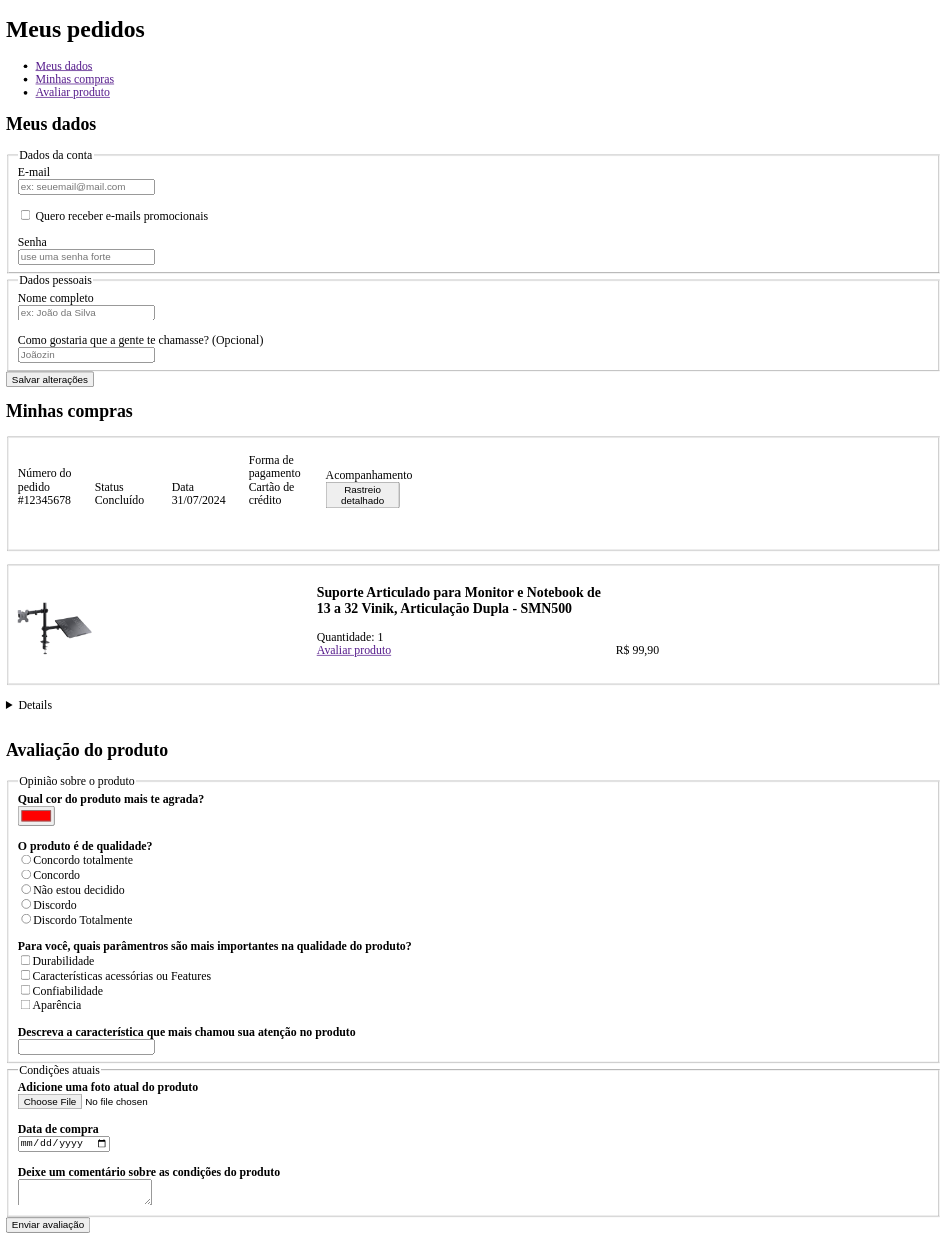
Repository: claudemir-camargo/site-compras
Page: index.html
The author's editor kept a copy of each file at every save. The page is drawn from the files as they stood at one save, then again after the next save.
The browser window is 1280 px wide. The pictures show the whole page, at 74% of full size.

Above is the page before, as saved 2024-03-04 00:08:47.

### index.html
<!DOCTYPE html>
<html lang="en">

<head>
    <meta charset="UTF-8">
    <meta name="viewport" content="width=device-width, initial-scale=1.0">
    <link rel="stylesheet" type="text/css" href="css/style.css" />
    <title>Site de Compras</title>
</head>

<body>
    <h1>Meus pedidos</h1>
    <ul>
        <li><a href="">Meus dados</a></li>
        <li><a href="">Minhas compras</a></li>
        <li><a href="">Avaliar produto</a></li>
    </ul>
    <h2>Meus dados</h2>
    <!-- Conta -->
    <fieldset>
        <legend>Dados da conta</legend>
        <form>
            <label>E-mail</label><br>
            <input type="email" id="email" name="email" placeholder="ex: seuemail@mail.com"><br><br>
            <input type="checkbox">
            <label>Quero receber e-mails promocionais</label><br><br>
            <label>Senha</label><br>
            <input type="password" placeholder="use uma senha forte">
        </form>
    </fieldset>
    <!-- Pessoais -->
    <fieldset>
        <legend>Dados pessoais</legend>
        <form>
            <label>Nome completo</label><br>
            <input type="text" placeholder="ex: João da Silva"><br><br>
            <label>Como gostaria que a gente te chamasse? (Opcional) </label><br>
            <input type="text" placeholder="Joãozin">
        </form>
    </fieldset>
    <button type="button">Salvar alterações</button>
    <!-- Minhas compras -->
    <h2>Minhas compras</h2>
    <fieldset>
        <div id="div1"><p>Número do pedido<br>#12345678</p></div>
        <div id="div2"><p>Status<br>Concluído</p></div>
        <div id="div3"><p>Data<br>31/07/2024</p></div>
        <div id="div4"><p>Forma de pagamento<br>Cartão de crédito</p></div>
        <div id="div5"><p>Acompanhamento<br><button>Rastreio detalhado</button></p></div>
    </fieldset>
    <!-- Produto -->
    <br>
    <fieldset>
        <div class="imagem"><img src="img/suporte.jpg" alt="Suporte"></div>
        <div class="produto">
            <h3>
                <p>Suporte Articulado para Monitor e Notebook de 13 a 32 Vinik,
                    Articulação Dupla - SMN500</p>
            </h3>
            Quantidade: 1<br>
            <a href="">Avaliar produto</a><br>
        </div>
        R$ 99,90
    </fieldset>
    <br>
    <details tag="Detalhes de Envio e Pagamento">
        <p></p>
        <strong>Endereço de entrega</strong><br>
        Avenida Estelita Falcão<br>
        Número 12, Centro<br>
        CEP 48170-970 - Itapetininga/São Paulo
        <br><br>
        <strong>Forma de Pagamento</strong><br>
        Cartão de crédito<br>
        Master Card **** **** **** 1234<br>
        Titular: Claudemir Camargo
        <br><br>
        <strong>Frete</strong>
        R$ 15,50<br>
        Enviado por GFL<br>
        Entregue
    </details>
    <br>
    <form>
        <h2>Avaliação do produto</h2>
        <fieldset>
            <legend>Opinião sobre o produto</legend>
            <label><strong>Qual cor do produto mais te agrada?</strong></label><br>
            <input type="color" value="#ff0000"><br><br>
            <label><strong>O produto é de qualidade?</strong></label><br>
            <input type="radio" name="qualidade"><label>Concordo totalmente</label><br>
            <input type="radio" name="qualidade"><label>Concordo</label><br>
            <input type="radio" name="qualidade"><label>Não estou decidido</label><br>
            <input type="radio" name="qualidade"><label></label>Discordo</label><br>
            <input type="radio" name="qualidade"><label></label>Discordo Totalmente</label>
            <br><br>
            <label><strong>Para você, quais parâmentros são mais importantes na qualidade do
                    produto?</strong></label><br>
            <input type="checkbox"><label>Durabilidade</label><br>
            <input type="checkbox"><label>Características acessórias ou Features</label><br>
            <input type="checkbox"><label>Confiabilidade</label><br>
            <input type="checkbox"><label>Aparência</label>
            <br><br>
            <label><strong>Descreva a característica que mais chamou sua atenção no produto</strong></label><br>
            <input type="text">
        </fieldset>
        <fieldset>
            <legend>Condições atuais</legend>
            <label><strong>Adicione uma foto atual do produto</strong></label><br>
            <input type="file">
            <br><br>
            <label><strong>Data de compra</strong></label><br>
            <input type="date">
            <br><br>
            <label><strong>Deixe um comentário sobre as condições do produto</strong></label><br>
            <textarea name="comentario"></textarea>
        </fieldset>
        <button type="button">Enviar avaliação</button>
    </form>
</body>

</html>

### css/style.css
img {
    height: 70px;
    width: 100px;
}



#div1, #div2, #div3, #div4, #div5 {
    width: 100px;
    height: 100px;
    display: inline-block;
}

.imagem, .produto {
    width: 400px;
    height: 100px;
    display: inline-block;
}

After the next save:
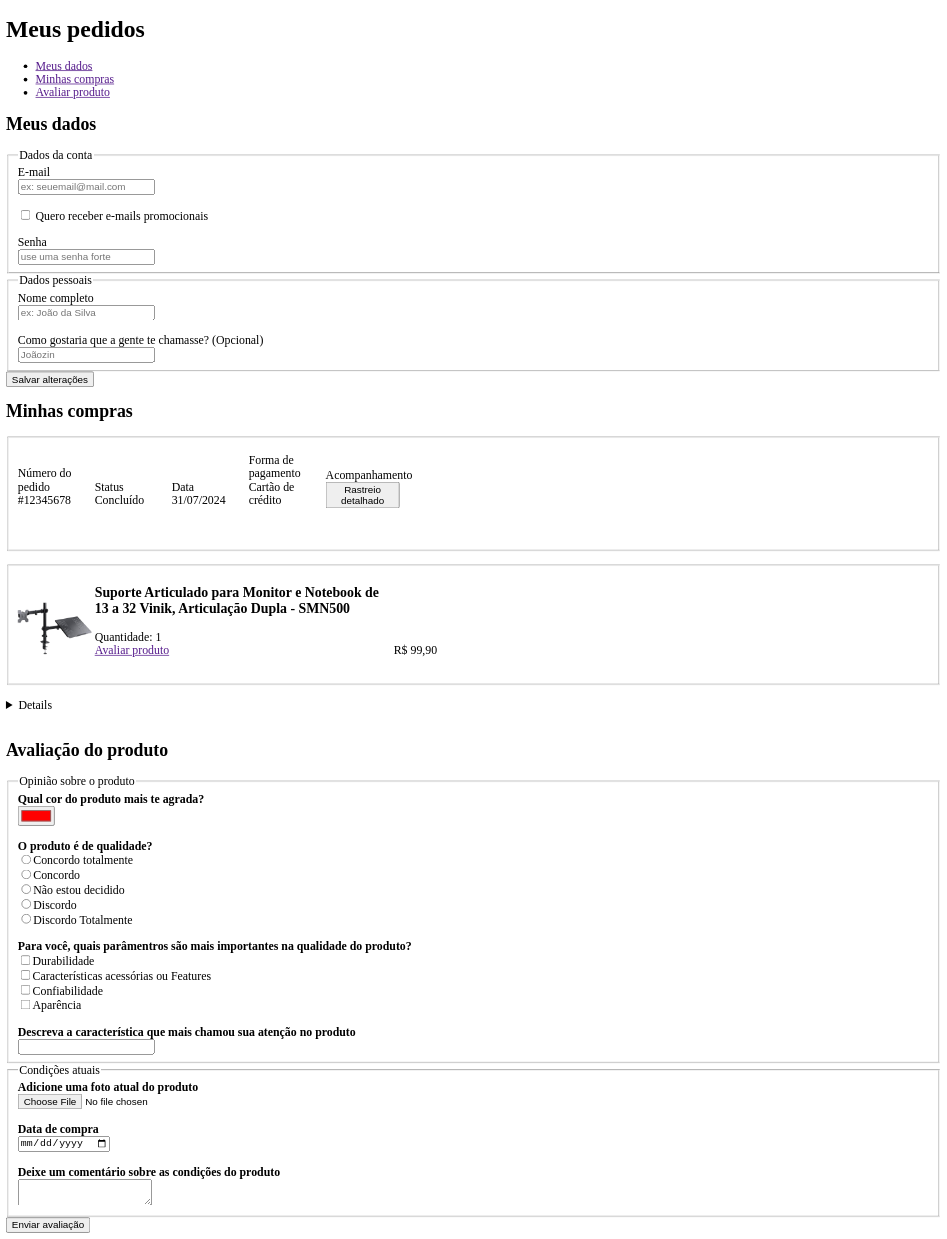
Saved 89 s later.
--- a/css/style.css
+++ b/css/style.css
@@ -11,7 +11,13 @@ img {
     display: inline-block;
 }
 
-.imagem, .produto {
+.imagem{
+    width: 100px;
+    height: 100px;
+    display: inline-block;
+}
+
+.produto {
     width: 400px;
     height: 100px;
     display: inline-block;
